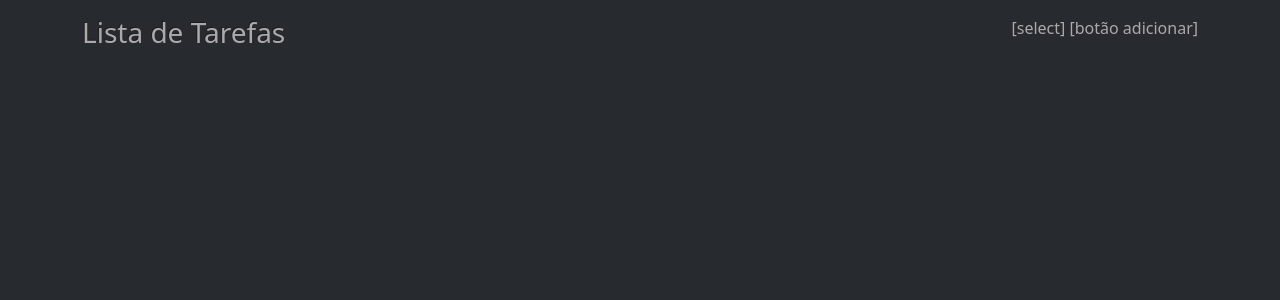
Repository: cargugati/lista_tarefas
Page: frontEnd/index.html
An editor plug-in stored every save of this project. The page is shown before and after the next save, followed by the edit.
The browser window is 1280 px wide. The pictures show the whole page.

Above is the page before, as saved 2023-03-16 10:03:54.

After the next save:
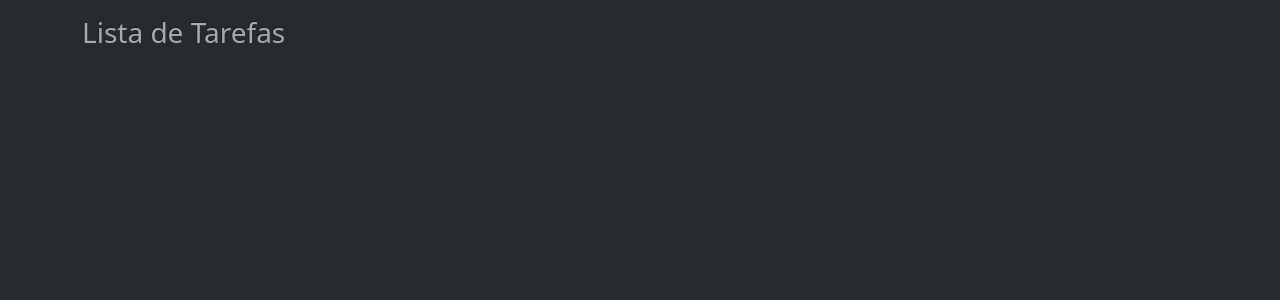
Saved 5 s later.
--- a/frontEnd/index.html
+++ b/frontEnd/index.html
@@ -18,7 +18,8 @@
         <h3>Lista de Tarefas</h3>
       </div>
       <div class="col text-end">
-      [select] [botão adicionar]</div>
+
+      </div>
     </div>
   </div>
 
